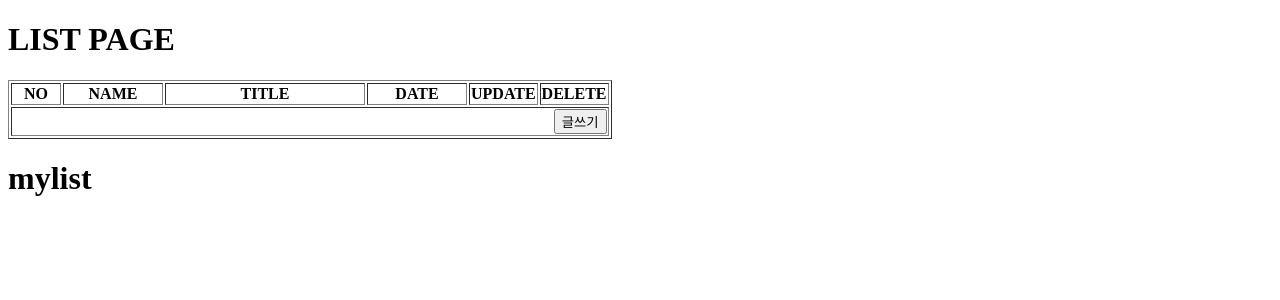
Repository: alstja98/Jsp-Servlet-
Page: http://localhost/Jsp01_MyBoard/
An editor plug-in stored every save of this project. The page is shown before and after the next save, followed by the edit.
The browser window is 1280 px wide. The pictures show the whole page.
The page is served by Tomcat 9. Queries for data that is not in the repository find no rows.

Above is the page before, as saved 2022-05-25 07:53:37.

After the next save:
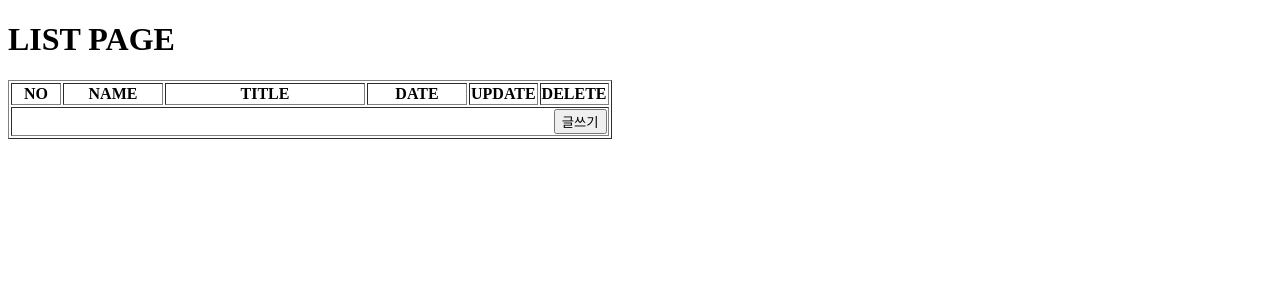
Saved 29 s later.
--- a/Jsp01_MyBoard/WebContent/mylist.jsp
+++ b/Jsp01_MyBoard/WebContent/mylist.jsp
@@ -55,6 +55,5 @@
 	</table>
 
 <body>
-	<h1>mylist</h1>
 </body>
 </html>
